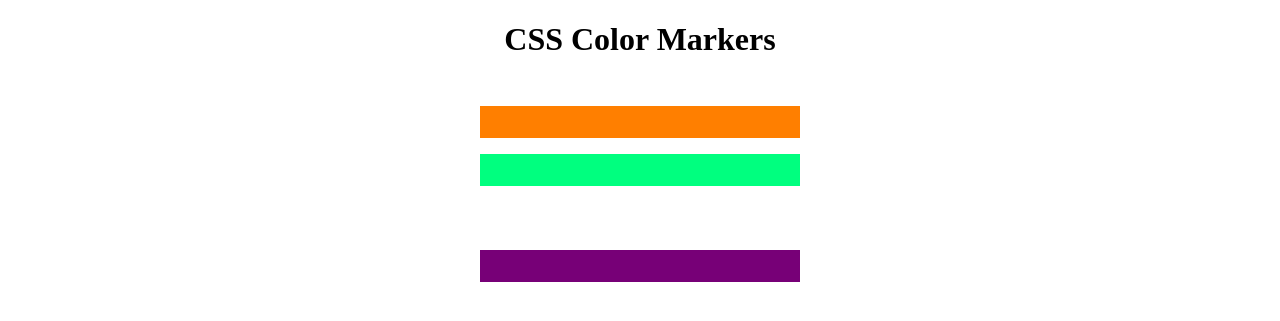
Repository: Lungdjos/color_markers
Page: index.html
These files come from the project's save history. The page is drawn as it stood at one moment and after the next save; the edit follows.
The browser window is 1280 px wide. The pictures show the whole page.

Above is the page before, as saved 2023-09-14 18:24:20.

### index.html
<!DOCTYPE html>
<html lang="en">

<head>
    <meta charset="UTF-8">
    <meta name="viewport" content="width=device-width, initial-scale=1.0">
    <title>Colored Markers</title>
    <link rel="stylesheet" href="styles.css">
</head>

<body>
    <h1>CSS Color Markers</h1>
    <div class="container">
        <div class="marker orange"></div>
        <div class="marker green"></div>
        <div class="marker cyan"></div>
        <div class="marker purple"></div>
    </div>
</body>

</html>

### styles.css
/* STYLING */

h1 {
    text-align: center;
}

.marker {
    /* background-color: red; */
    width: 320px;
    height: 32px;
    margin: 16px auto;
}

.orange {
    background-color: rgb(255, 127, 0);
}

.green {
    background-color: rgb(0, 255, 127);
}

.cyan {
    background-color: 0ac;
}

.purple {
    background-color: #707;
}

.container {
    background-color: rgb(255, 255, 255);
    margin: auto;
    padding: 10px 0px;
}

After the next save:
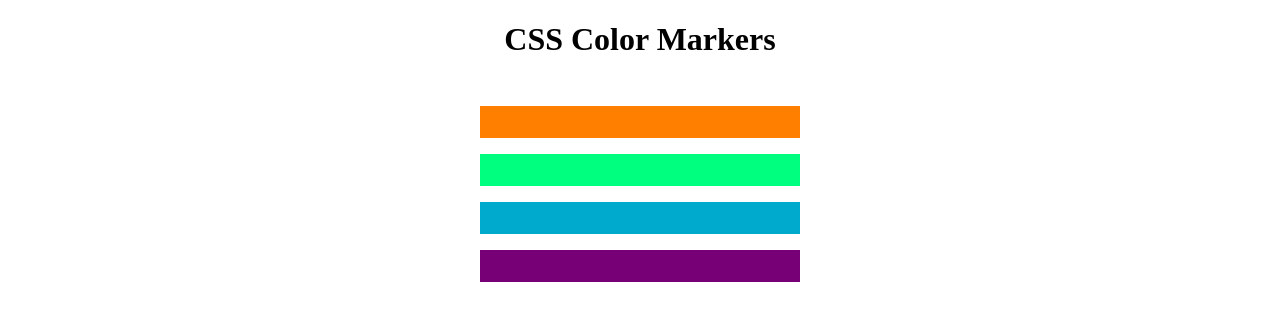
Saved 4 s later.
--- a/styles.css
+++ b/styles.css
@@ -20,7 +20,7 @@ h1 {
 }
 
 .cyan {
-    background-color: 0ac;
+    background-color: #0ac;
 }
 
 .purple {
